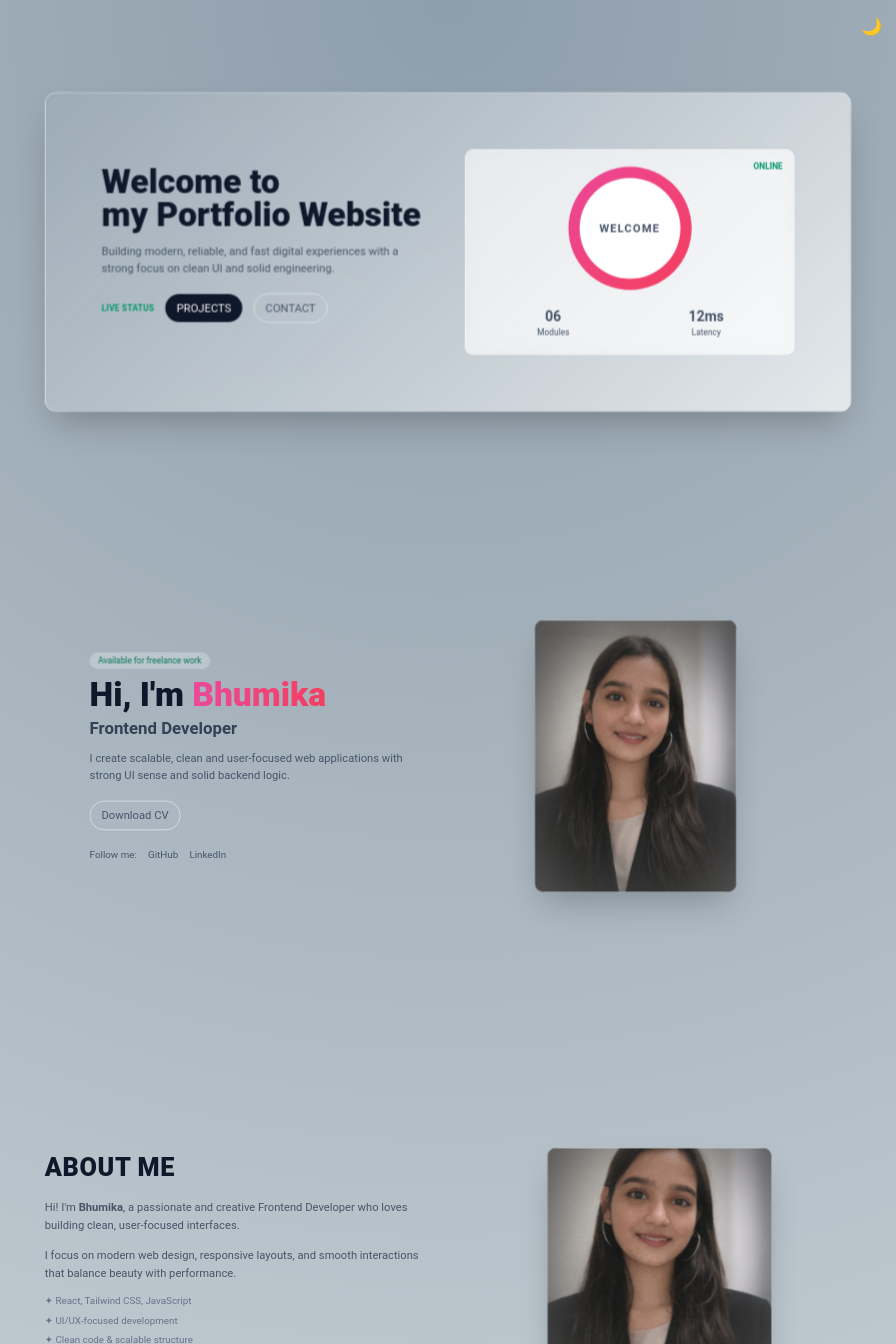
Repository: bhumikamourya/portfolio
Page: /
These files come from the project's save history. The page is drawn as it stood at one moment and after the next save; the edit follows.
The browser window is 1280 px wide. The pictures show the part of the page from y = 0 to 1920 px (the page is 5885 px tall), at 70% of full size.
Some web libraries are served in a nearby version. The project was rebuilt for these pictures with package versions that can differ from the ones it lists, and the page was loaded fresh each time.

Above is the page before, as saved 2026-01-31 17:06:32.

After the next save:
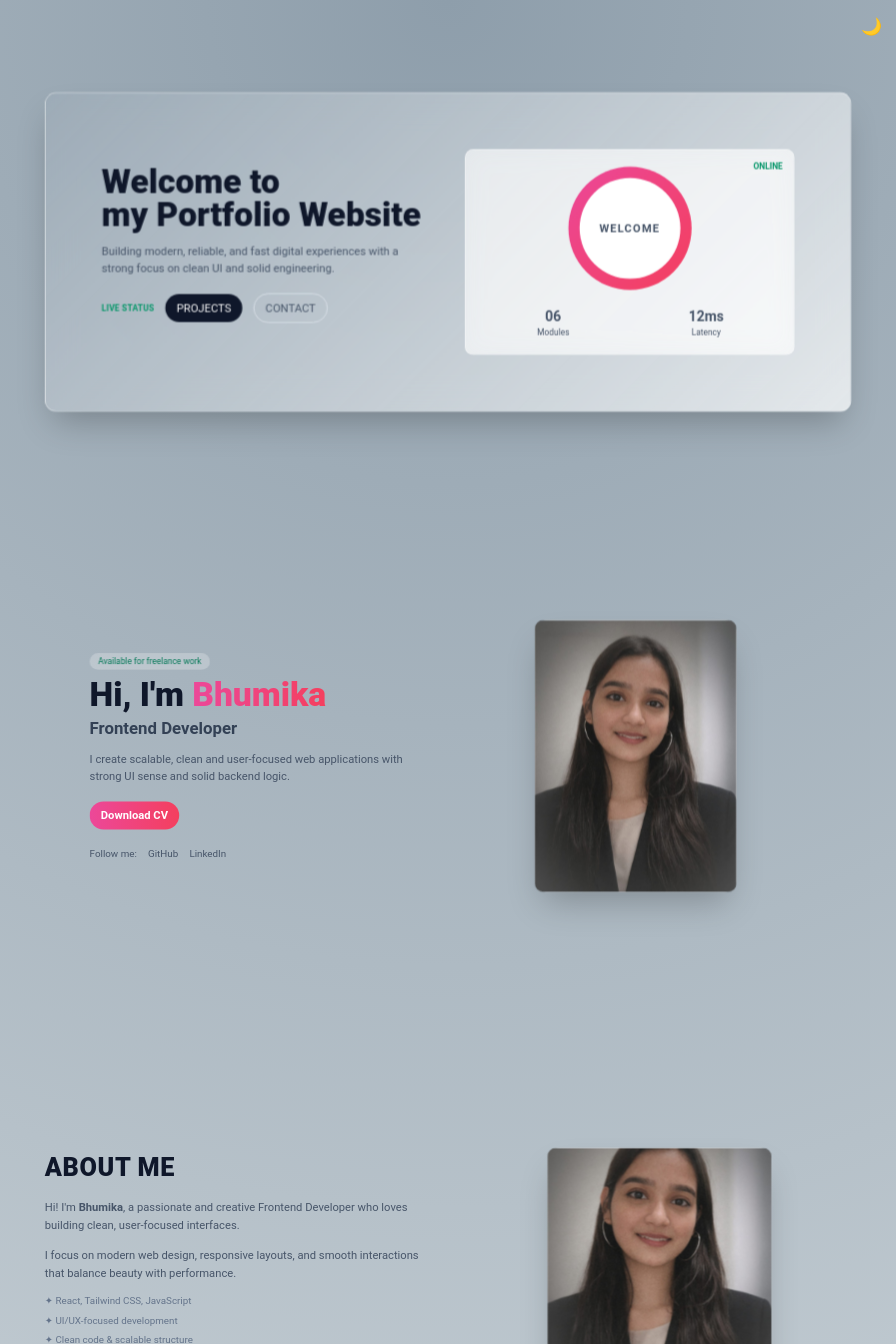
Saved 54 s later.
--- a/src/components/Hero.js
+++ b/src/components/Hero.js
@@ -48,7 +48,7 @@
               </button> */}
               <a href="/assets/BhumikaMourya.pdf">
               <button
-                className="px-4 py-2 rounded-full border border-slate-200  hover:bg-slate-100 transition ">
+                className="px-4 py-2 rounded-full text-white font-semibold transition hover:scale-105 color-buttons">
                 Download CV
               </button>
               </a>
